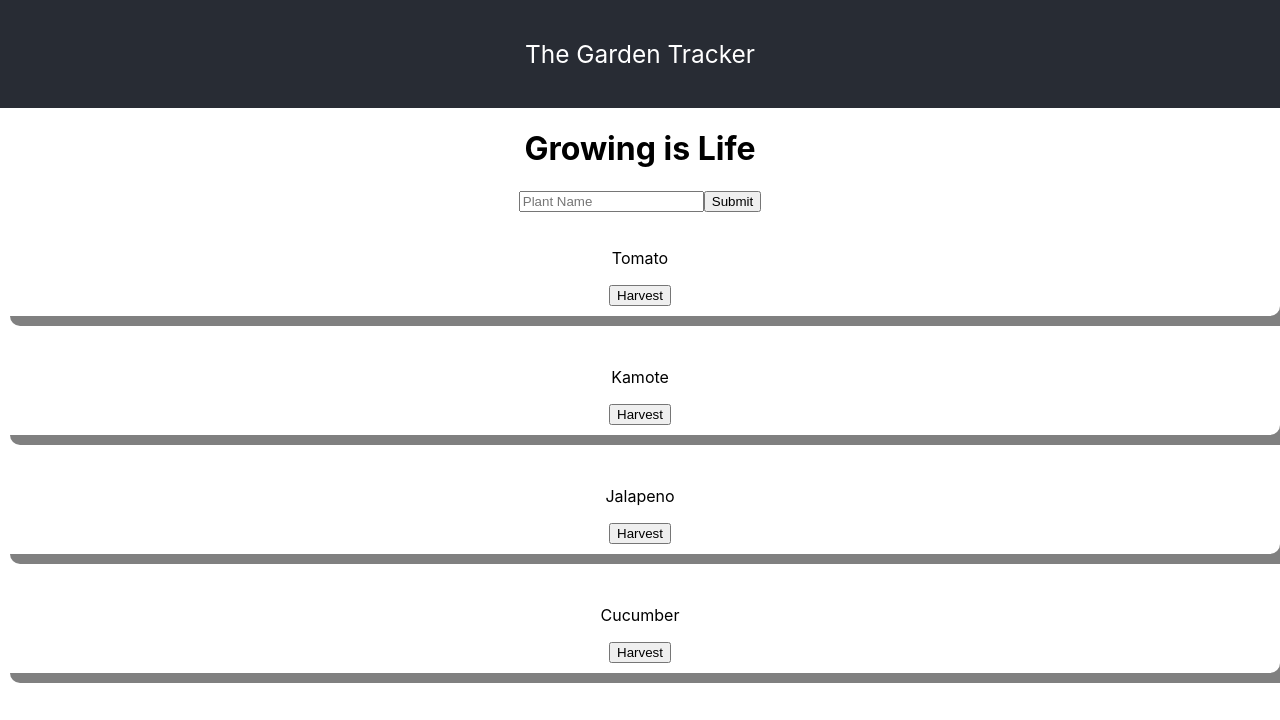
Repository: charliejp0311/gardentracker
Page: /garden
The author's editor kept a copy of each file at every save. The page is drawn from the files as they stood at one save, then again after the next save.
The browser window is 1280 px wide. The pictures show the whole page.
The project was rebuilt for these pictures with package versions that can differ from the ones it lists, and the page was loaded fresh each time. Also part of the build but not shown: src/components/Harvest.js.

Above is the page before, as saved 2020-10-29 12:22:50.

After the next save:
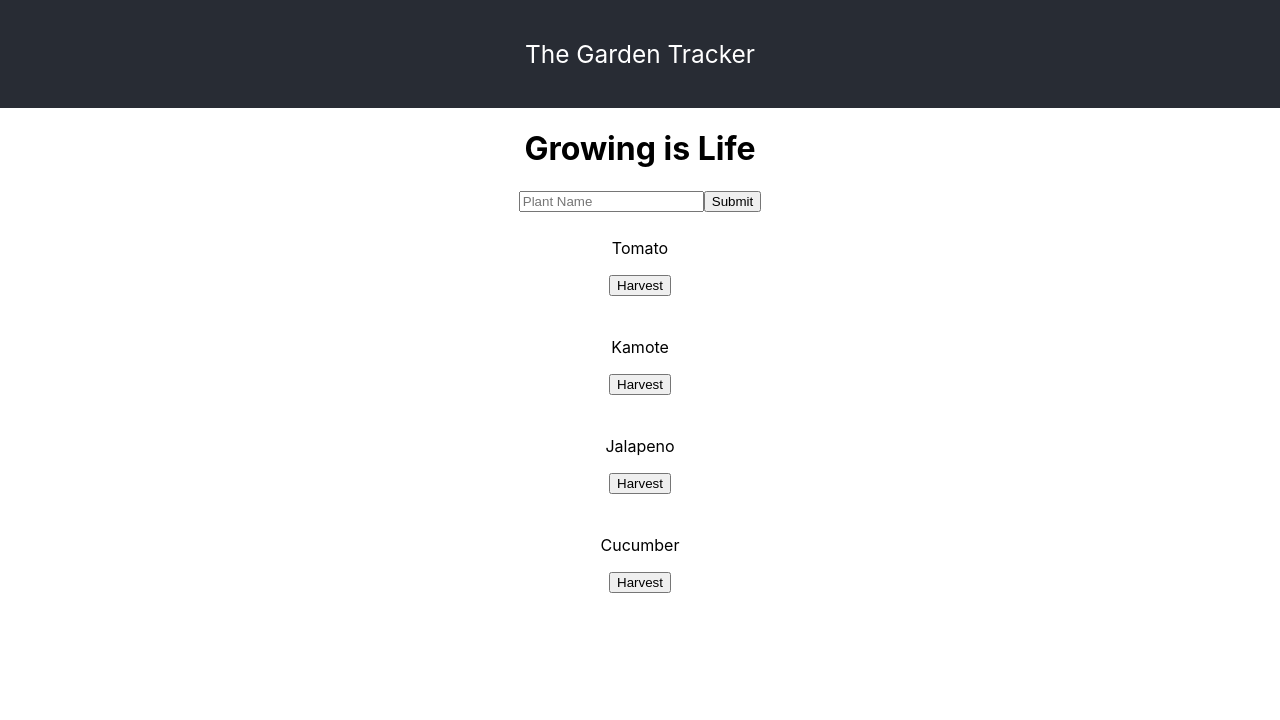
Saved 42 s later.
--- a/src/App.css
+++ b/src/App.css
@@ -37,13 +37,13 @@
   padding-bottom: 30px;
 }
 
-.plant {
-  /* height: auto;
-  width: auto; */
+/* .plant {
+  height: auto;
+  width: auto;
   box-shadow: 10px 10px grey;
   padding: 10px;
   border-radius: 10px;
-}
+} */
 
 @keyframes App-logo-spin {
   from {
